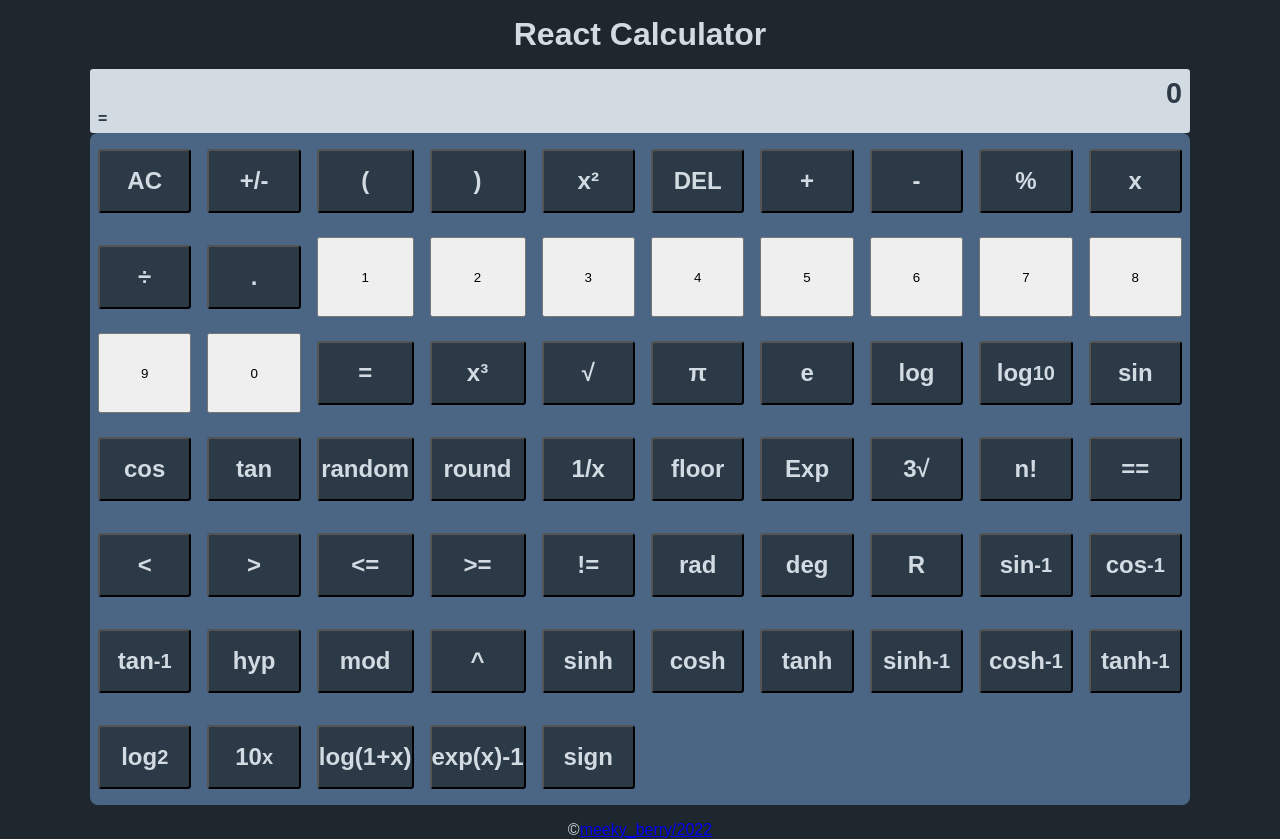
Repository: MikkyPrestige/calculator
Page: /
An editor plug-in stored every save of this project. The page is shown before and after the next save, followed by the edit.
The browser window is 1280 px wide. The pictures show the whole page.
The project was rebuilt for these pictures with package versions that can differ from the ones it lists, and the page was loaded fresh each time.

Above is the page before, as saved 2022-11-17 21:52:29.

### src/index.css
* {
 margin: 0;
 padding: 0;
 box-sizing: border-box;
}

body {
 font-family: 'Poppins', sans-serif;
 background: #1e272e;
}

.heading {
  color: #d2dae2;
  text-align: center;
  margin: 1rem;
}

.app-container {
 width: 100%;
 max-width: 1100px;
 margin: 1rem auto;
}

.display {
 background-color: #d2dae2;
 color: #2C3A47;
 height: 4rem;
 font-size: 1.8rem;
 font-weight: 700;
 display: flex;
 flex-direction: column;
 padding: .5rem;
 border-radius: .2rem;
}

.display-calc {
 display: flex;
 justify-content: flex-end;
 align-items: center;
}

.display-result {
 display: flex;
 justify-content: flex-start;
 align-items: center;
 font-size: 1rem;
 font-weight: 700;
}

.operators {
  display: grid;
  grid-template-columns: repeat(10, 1fr);
  grid-gap: 1rem;
  padding: .5rem;
  border-radius: .5rem;
  background-color: #4b6584;
  -webkit-border-radius: .5rem;
  -moz-border-radius: .5rem;
  -ms-border-radius: .5rem;
  -o-border-radius: .5rem;
}

.operator {
 background-color: #2C3A47;
 color: #d2dae2;
 font-size: 1.5rem;
 font-weight: 700;
 height: 4rem;
 display: flex;
 justify-content: center;
 align-items: center;
 border-radius: .2rem;
 margin: .5rem 0;
}
/*

.operator {
 background-color: #182C61;
 color: #d1d8e0;
 font-size: 1.2rem;
 font-weight: 400;
 padding: .5rem;
 border: none;
 cursor: pointer;
 border-radius: 20%;
 border: 2px solid #d2dae2;
 -webkit-border-radius: 20%;
 -moz-border-radius: 20%;
 -ms-border-radius: 20%;
 -o-border-radius: 20%;
}

.operator:hover {
 background-color: #273c75;
}

.operator:active {
 background-color: #485460;
}

.digit {
  font-size: 1.5rem;
  font-weight: 700;
  color: #2C3A47;
  cursor: pointer;
  background-color: #d2dae2;
  border: none;
  border-radius: 1rem;
  text-align: center;
  padding: .5rem;
  grid-column: 4 /7;
  grid-row: 2 / 4;
}

.digit:hover {
  background-color: #808e9b;
}

.digit:active {
  background-color: #485460;
}

.clear {
 background-color: #05c46b;
  grid-column: 1 / 3;
  grid-row: 1 / 2;
}

.delete {
 background-color: #ff3f34;
  grid-column: 9 / -1;
  grid-row: 1 / 2;
}

.equalTo {
 /* grid-row: 6 / span 2; */
 /* grid-column: 6; */
 /* background-color: #05c46b; */
 /* font-size: 2.5rem; */
 /* font-weight: 700; */
/* } */

.cube {
 /* grid-row: 3; */
}

.sqrt {
 /* grid-row: 4; */
}

.exponent {
 /* grid-row: 5; */
}

.pie {
 /* grid-row: 5; */
}

.log {
 /* grid-row: 3; */
}

.logTen {
 /* grid-row: 4; */
}

.sin {
 /* grid-row: 3; */
}

.tan {
 /* grid-row: 4; */
}

.cos  {
 /* grid-row: 5; */
}

.zero {
 /* grid-row: 6; */
 /* grid-column: 5; */
}

.attribution {
  color: #d2dae2;
  text-align: center;
}

Loaded but not shown: public/index.html (common file); src/index.js (common file); src/App.js (606 lines, source omitted)

After the next save:
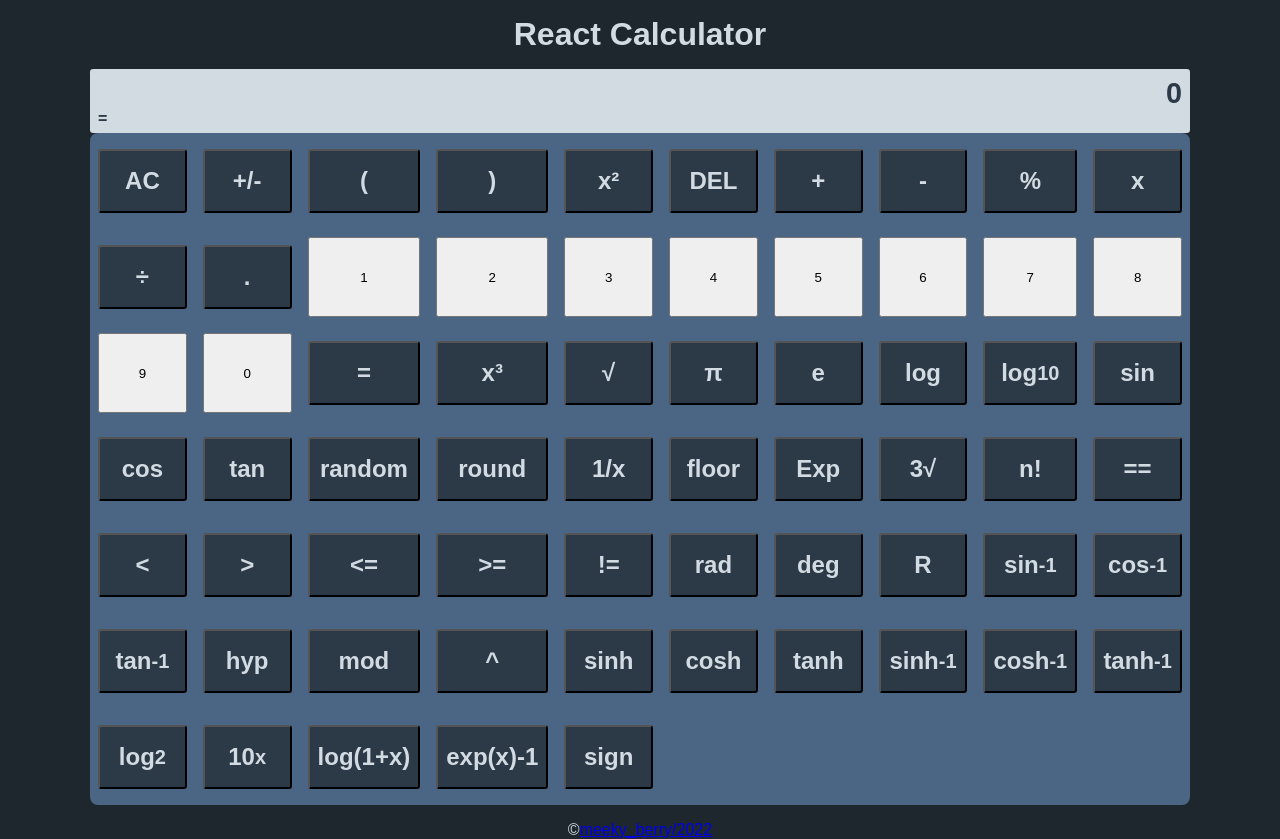
Saved 30 s later.
--- a/src/index.css
+++ b/src/index.css
@@ -71,6 +71,7 @@
  align-items: center;
  border-radius: .2rem;
  margin: .5rem 0;
+ padding: .5rem;
 }
 /*
 

After the save that followed:
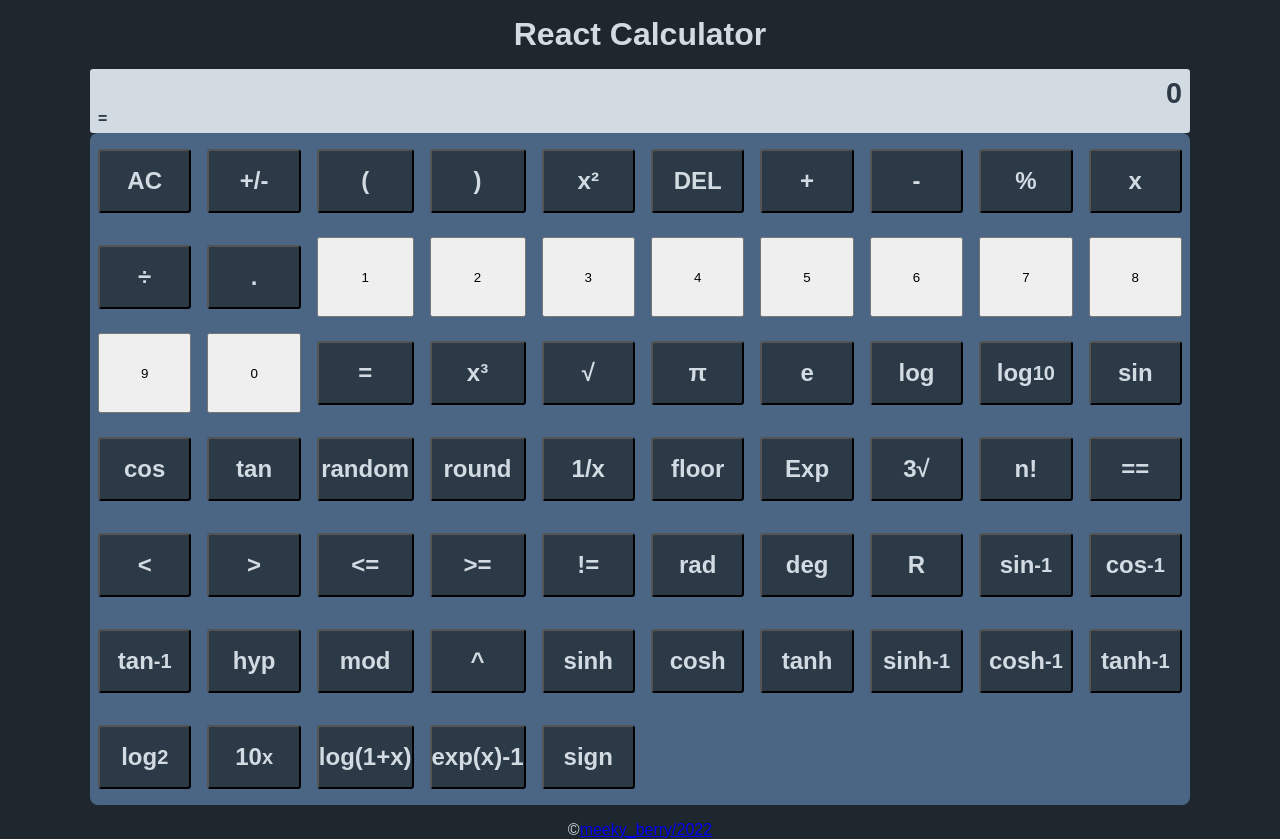
Saved 7 s later.
--- a/src/index.css
+++ b/src/index.css
@@ -71,7 +71,6 @@
  align-items: center;
  border-radius: .2rem;
  margin: .5rem 0;
- padding: .5rem;
 }
 /*
 
